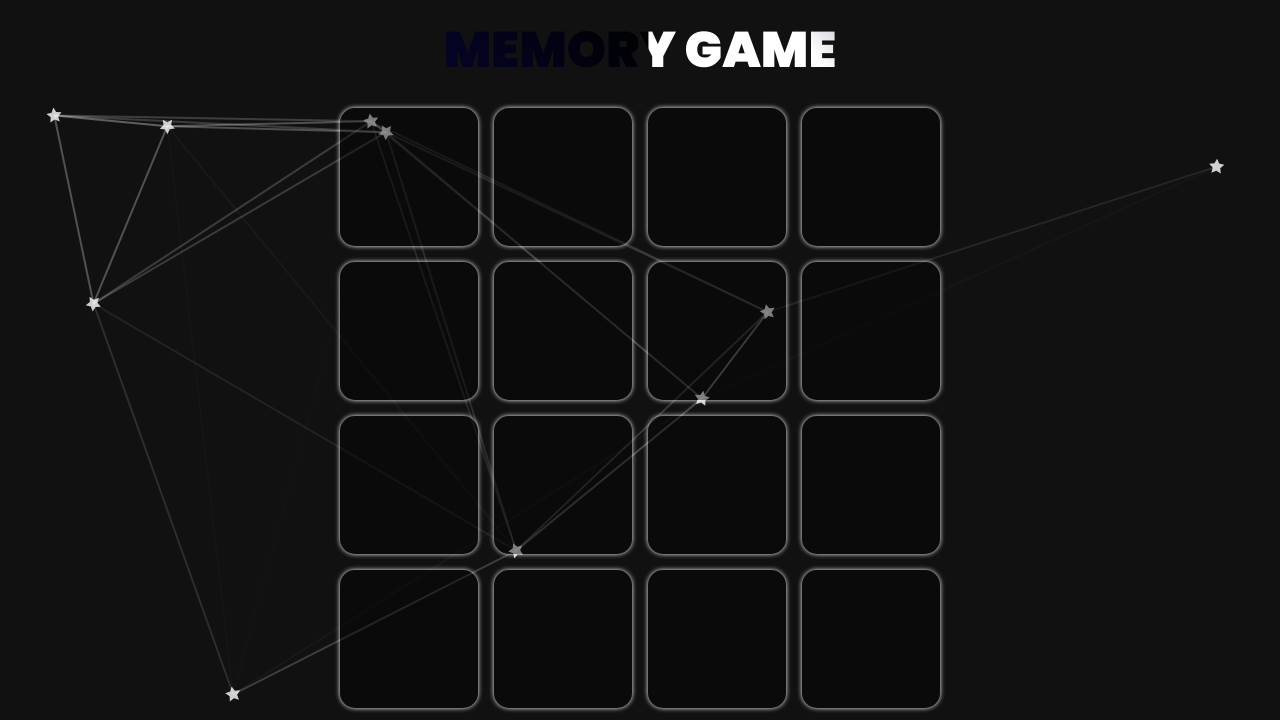
Repository: AbApin/memory-game
Page: /
These files come from the project's save history. The page is drawn as it stood at one moment and after the next save; the edit follows.
The browser window is 1280 px wide. The pictures show the whole page.
The project was rebuilt for these pictures with package versions that can differ from the ones it lists, and the page was loaded fresh each time.

Above is the page before, as saved 2022-08-21 22:33:18.

After the next save:
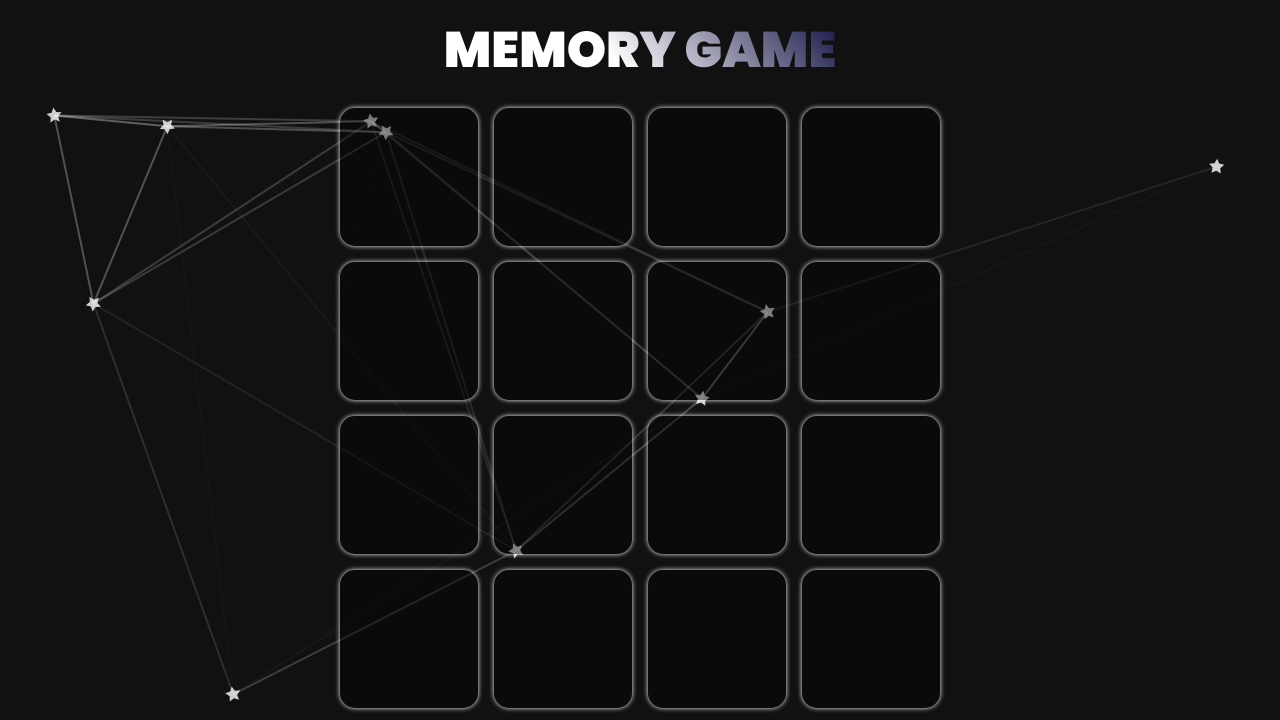
Saved 15 s later.
--- a/src/App.css
+++ b/src/App.css
@@ -26,12 +26,6 @@
   animation: textclip 2s linear infinite;
   display: inline-block;
   font-size: 190px;
-}
-
-@keyframes textclip {
-  to {
-    background-position: 200% center;
-  }
 }
 
 .title {

After the 5 saves that followed:
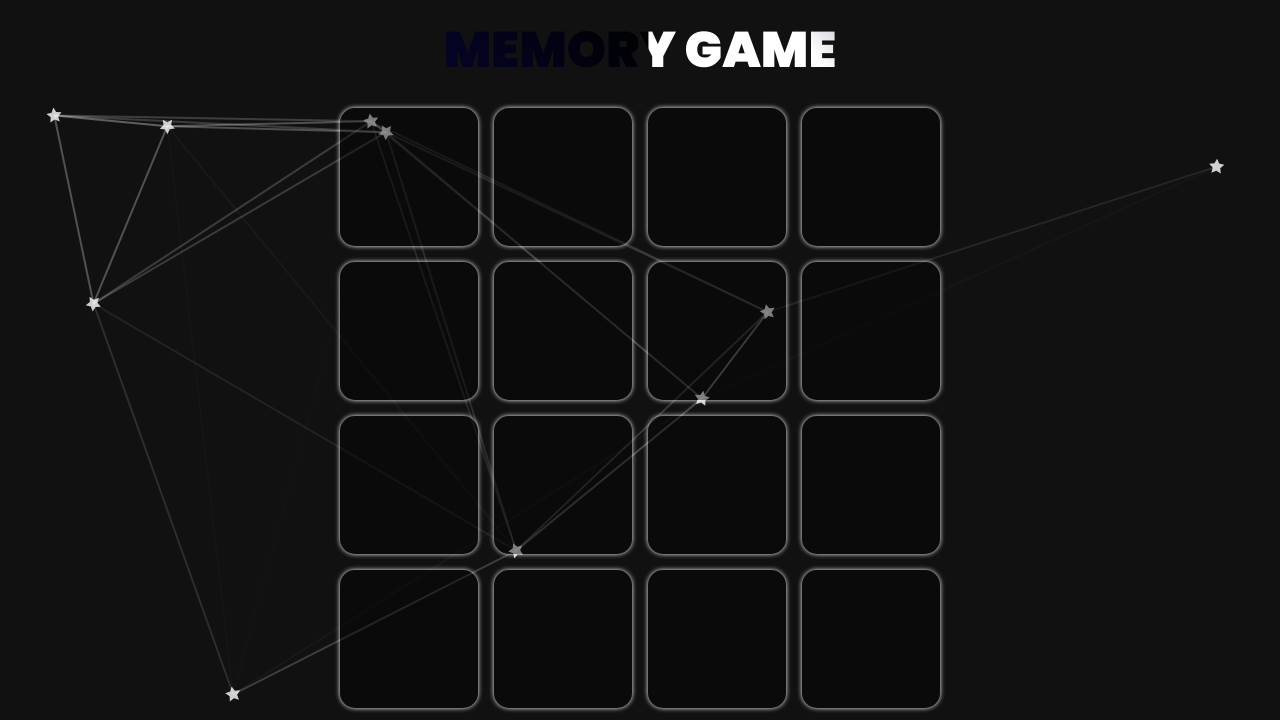
The 5 saves are shown as one change because they came seconds apart.
The last was saved 12 s later.
--- a/src/App.css
+++ b/src/App.css
@@ -1,3 +1,15 @@
+/* keyframes */
+@keyframes textclip {
+  to {
+    background-position: 200% center;
+  }
+}
+@keyframes textclip {
+  to {
+    background-position: 200% center;
+  }
+}
+
 .App {
   display: flex;
   flex-direction: column;
